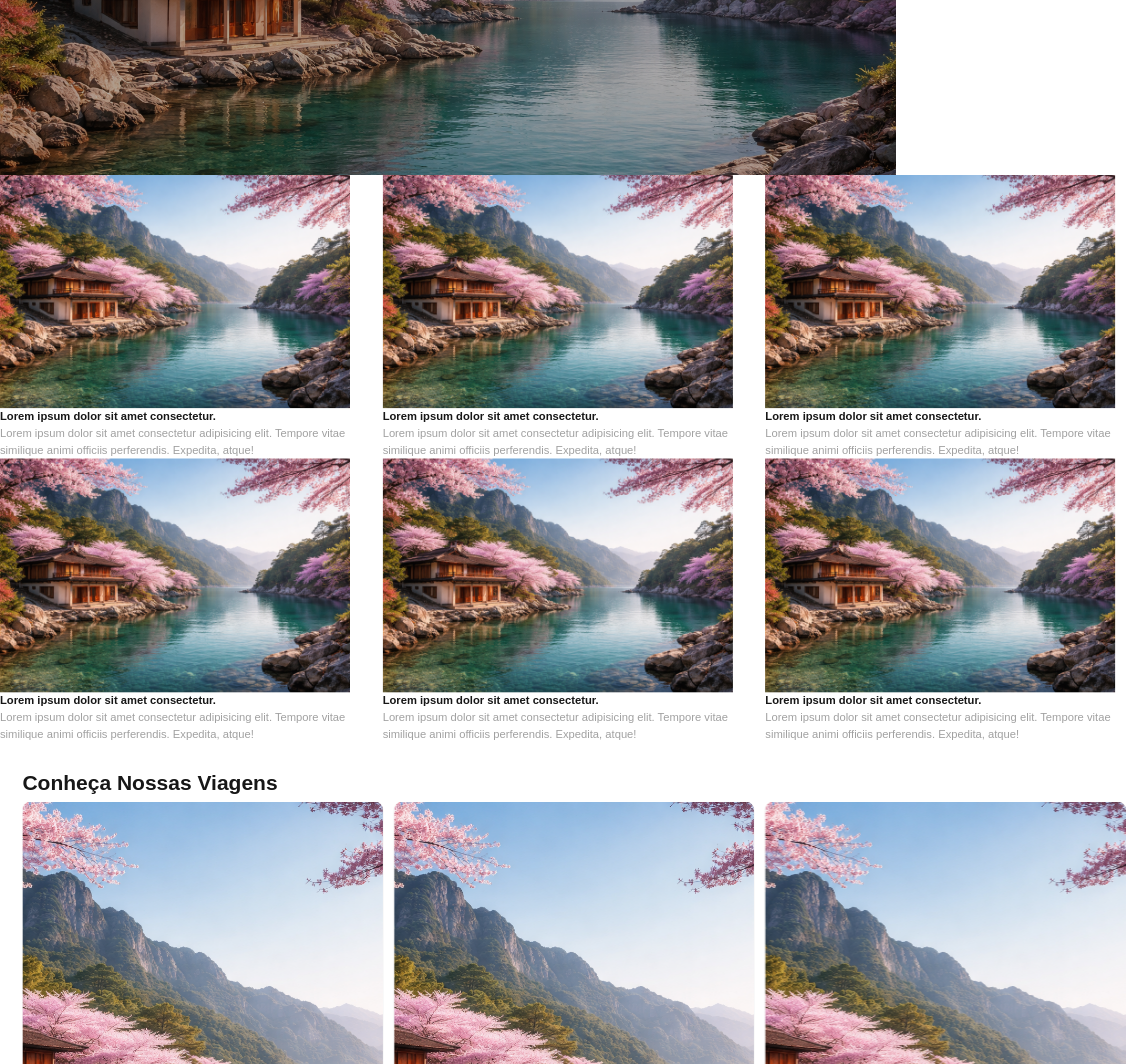
Repository: pedroantoniosi/tripicon-site
Page: /home
An editor plug-in stored every save of this project. The page is shown before and after the next save, followed by the edit.
The browser window is 1280 px wide. The page is 1640 px wide, so the pictures cover 1640 px, including what lies to the right of the window. The pictures show the part of the page from y = 470 to 1990 px (the page is 3211 px tall before and 3616 px after), at 70% of full size.
The project was rebuilt for these pictures with package versions that can differ from the ones it lists, and the page was loaded fresh each time. The framework's server and built-in components were replaced by stand-ins that run in the browser. Also part of the build but not shown: next.config.ts.

Above is the page before, as saved 2026-04-02 19:31:46.

After the next save:
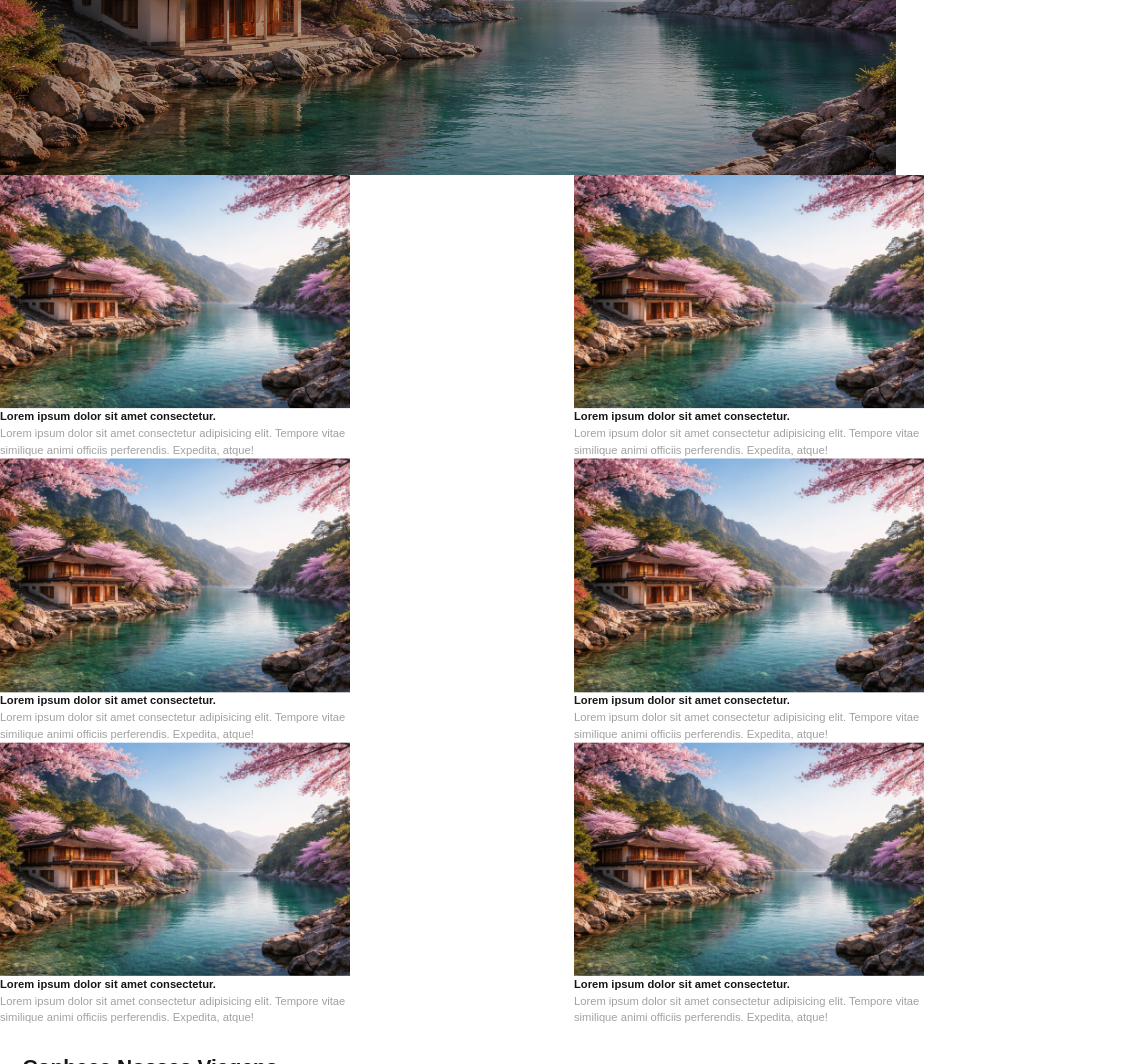
Saved 17 s later.
--- a/src/app/home/page.tsx
+++ b/src/app/home/page.tsx
@@ -59,7 +59,7 @@ export default function Home() {
 
       {/* Sessão de Novidades */}
       <Container>
-        <section className={`${styles.featuresContainer} grid grid-cols-3`}>
+        <section className={`${styles.featuresContainer} grid grid-cols-2`}>
           {Array.from({ length: 6 }).map((_, index) => (
             <div key={index} className={`${styles.card}`}>
               <Image
